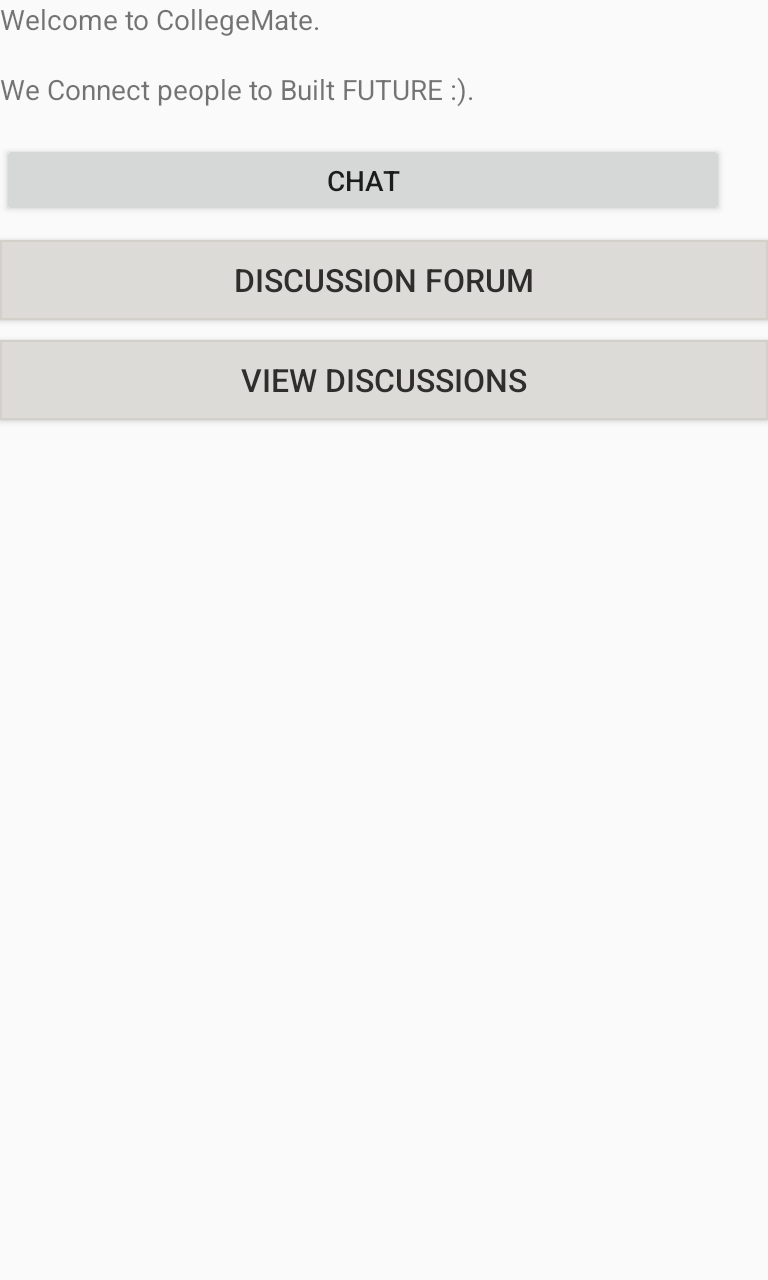
Repository: Prasannakumarb/CollegeMate
Layout: CollegeMate/CollegeMate/res/layout/activity_basic_home_screen.xml
The author's editor kept a copy of each file at every save. The layout is drawn from the files as they stood at one save, then again after the next save.
It is drawn on a 768 x 1280 px phone screen (xhdpi) without system bars, with theme AppTheme; the app's code is not run. The app's manifest (not shown) leaves right-to-left support off. So textAlignment, textDirection and layoutDirection are ignored, and left and right values win over start and end ones.

Above is the layout before, as saved 2014-06-28 17:57:19.

### CollegeMate/CollegeMate/res/layout/activity_basic_home_screen.xml
<FrameLayout xmlns:android="http://schemas.android.com/apk/res/android"
    xmlns:tools="http://schemas.android.com/tools"
    android:id="@+id/container"
    android:layout_width="match_parent"
    android:layout_height="match_parent"
    tools:context="com.fyshadows.collegemate.BasicHomeScreen"
    tools:ignore="MergeRootFrame">


     <LinearLayout
        android:layout_width="match_parent"
        android:layout_height="match_parent"
        android:orientation="vertical">
         <TextView
                android:id="@+id/Name"
                android:layout_width="match_parent"
                android:layout_height="35dp"
                android:text="@string/Welcomemsg" />

         <TextView
             android:id="@+id/Name1"
             android:layout_width="match_parent"
             android:layout_height="35dp"
             android:text="@string/quote" />

          <Button
        android:id="@+id/Chatwin"
        android:layout_width="match_parent"
        android:layout_height="40dp"
        android:layout_marginRight="21dp"
        android:text="@string/Chattext"
        android:onClick="Chatwindow"
        />

           <Button
        android:id="@+id/discussion"
        android:layout_width="match_parent"
        android:layout_height="40dp"
        android:layout_alignLeft="@+id/admin"
        android:layout_alignRight="@+id/admin"
        android:layout_below="@+id/student"
        android:layout_marginTop="10dp"
        android:background="@drawable/buttonbg"
        android:onClick="discussion_forum_view"
        android:text="@string/disc_forum"
        android:textColor="@color/defaultTextColor"
        android:textSize="16sp" />

    <Button
        android:id="@+id/viewdiscussions"
        android:layout_width="match_parent"
        android:layout_height="40dp"
        android:layout_alignLeft="@+id/admin"
        android:layout_alignRight="@+id/admin"
        android:layout_below="@+id/discussion"
        android:layout_marginTop="10dp"
        android:background="@drawable/buttonbg"
        android:onClick="discussion_forum_list"
        android:text="@string/disc_forum_view"
        android:textColor="@color/defaultTextColor"
        android:textSize="16sp" />

     </LinearLayout>
 </FrameLayout>

### CollegeMate/CollegeMate/res/values/strings.xml
<?xml version="1.0" encoding="utf-8"?>
<resources>

    <!-- App settings -->
    <string name="app_name">CollegeMate</string>
    <string name="action_settings">Settings</string>
    <string name="not_name">CollegeMate</string>

    <!-- Identification Screen -->
    <string name="Identify">Tell us your Role!</string>
    <string name="admin">ADMIN</string>
    <string name="student">STUDENT</string>

    <!-- Title -->
    <string name="Homescreen">Home</string>
    <string name="Friendlist">My Friends</string>

    <!-- Registration Screen -->
    <string name="title_activity_registration_admin">RegistrationAdmin</string>
    <string name="name">NAME</string>
    <string name="email">EMAIL</string>
    <string name="sex">SEX</string>
    <string name="dob">DOB</string>
    <string name="phone">Phone Number</string>
    <string name="Registeradmin">Continue to college details</string>
    <string name="selectPic">Select Picture</string>
    <string name="Browse">Browse</string>
    <string name="male">Male</string>
    <string name="female">Female</string>
    <string name="cityin">City In</string>

    <color name="BG">#F0EEEA</color>
    <color name="darkgrey">#C0C0C0</color>
    <color name="TopStrip">#9a4e20</color>
    <color name="acBarColor">#c1beb9</color>
    <color name="TopStripTextColor">#FFFFFF</color>
    <color name="TopStripborder">#4d4747</color>
    <color name="defaultTextColor">#302e2c</color>
    <color name="defaultButtonColor">#dddbd7</color>
    <color name="likeTextColor">#00CCFF</color>
    <color name="nonlikeTextColor">#908484</color>

    <!-- college Registration -->
    <string name="title_activity_admin_collegeregistraton">AdminCollegeregistraton</string>
    <string name="collname">College Name</string>
    <string name="collcity">College City</string>
    <string name="collegephonenumber">College Phone number</string>
    <string name="collegeemailid">College Email ID</string>
    <string name="collegewebsite">College Website</string>
    <string name="selectLogo">Select Logo</string>
    <string name="Registercollege">Register college</string>
    <string name="title_activity_admin_home">Admin Home</string>
    <string name="imagedesc">Profile Pic</string>
    <string name="drawer_open">Open</string>
    <string name="drawer_close">Close</string>
    <string name="title_activity_admin_home_screen">Admin_home_screen</string>
    <string name="hello_world">Hello world!</string>

    <!-- GCM -->

    <string name="menu_settings">Settings</string>
    <string name="title_activity_main">Push Notifications</string>
    <string name="error_config">Please set the %1$s constant and recompile the app.</string>
    <string name="already_registered">Device is already registered on server.</string>
    <string name="gcm_registered">From GCM: device successfully registered!</string>
    <string name="gcm_unregistered">From GCM: device successfully unregistered!</string>
    <string name="gcm_message">From GCM: you got message!</string>
    <string name="gcm_error">From GCM: error (%1$s).</string>
    <string name="gcm_recoverable_error">From GCM: recoverable error (%1$s).</string>
    <string name="gcm_deleted">From GCM: server deleted %1$d pending messages!</string>
    <string name="server_registering">Trying (attempt %1$d/%2$d) to register device on Demo Server.</string>
    <string name="server_registered">From Demo Server: successfully added device!</string>
    <string name="server_unregistered">From Demo Server: successfully removed device!</string>
    <string name="server_register_error">Could not register device on Demo Server after %1$d attempts.</string>
    <string name="server_unregister_error">Could not unregister device on Demo Server (%1$s).</string>
    <string name="options_register">Register</string>
    <string name="options_unregister">Unregister</string>
    <string name="options_clear">Clear</string>
    <string name="options_exit">Exit</string>
    <string name="title_activity_chat">ChatActivity</string>

    <!-- Chat activity -->
    <string name="main_empty_list">There is no recent conversation, write new message to start one.</string>

    <color name="Mytextcolor">#FFD700</color>
    <color name="Histextcolor">#7CFC00</color>
    <color name="textcolor">#000000</color>
    <color name="textFieldColor">#000</color>
    <color name="textShadow">#FFF</color>
    <color name="listViewBg">#DADFEE</color>
    <color name="sendLightColor">#8897BF</color>
    <color name="sendMeduimColor">#5D6CA5</color>
    <color name="sendDarkColor">#515F9F</color>
    <color name="barDarkColor">#CECECE</color>
    <color name="barMeduimColor">#DFDEE0</color>
    <color name="barLightColor">#F2F2F2</color>

    <string name="title_activity_message">MessageActivity</string>
    <string name="title_activity_friend_list">FriendList</string>
    <string name="title_activity_basic_home_screen">BasicHomeScreen</string>
    <string name="Welcomemsg">Welcome to CollegeMate. </string>
    <string name="quote"> We Connect people to Built FUTURE :).</string>
    <string name="Chattext"> CHAT</string>
    <string name="title_activity_friend_listview">FriendListview</string>
    <string name="title_section1">Section 1</string>
    <string name="title_section2">Section 2</string>
    <string name="title_section3">Section 3</string>
    <string name="SearchFriend">Search Friends</string>
    <string name="title_activity_registration_student">RegistrationStudent</string>
    <string name="title_activity_student_collegeregistration">StudentCollegeregistration</string>

    <!-- Chat activity -->
    <string name="college">College</string>
    <string name="course">Course</string>
    <string name="dept">Department</string>
    <string name="yoj">Date Of Joining</string>

    <!-- Discussion forum strings -->

    <string name="disc_forum">Discussion forum</string>
    <string name="disc_forum_create">Create a new discussion</string>
    <string name="disc_forum_category">Category</string>
    <string name="disc_forum_title">Title</string>
    <string name="disc_forum_description">Description</string>
    <string name="disc_forum_post">Create</string>
    <string name="disc_forum_view">View Discussions</string>
    <string name="title_activity_discussion_forum_home">DiscussionForumHome</string>
    <string name="title_activity_list_forum_topics">ListForumTopics</string>
    <string name="title_activity_forum_full_view">ForumFullView</string>
    <string name="title_activity_swipe_screen">SwipeScreen</string>
    <string name="title_activity_forum_comments_view">ForumCommentsView</string>
    <string name="swipe_for_comments">&lt;&lt; Swipe left to view comments &gt;&gt;</string>

</resources>

### CollegeMate/CollegeMate/res/drawable-hdpi/buttonbg.xml
<?xml version="1.0" encoding="UTF-8"?>
<selector xmlns:android="http://schemas.android.com/apk/res/android">
    <item android:state_pressed="true" >
        <shape>
            <solid
                android:color="#d3d0ca" />
            <stroke
                android:width="1dp"
                android:color="#d3d0ca" />
        </shape>
    </item>
    <item>
        <shape>
            <solid
                android:color="#dddbd7" />
            <stroke
                android:width="1dp"
                android:color="#d3d0ca" />
        </shape>
    </item>
</selector>

Loaded but not shown: CollegeMate/CollegeMate/res/values/styles.xml (common file); CollegeMate/CollegeMate/res/values-v11/styles.xml (common file); CollegeMate/CollegeMate/res/values-v14/styles.xml (common file)

After the next save:
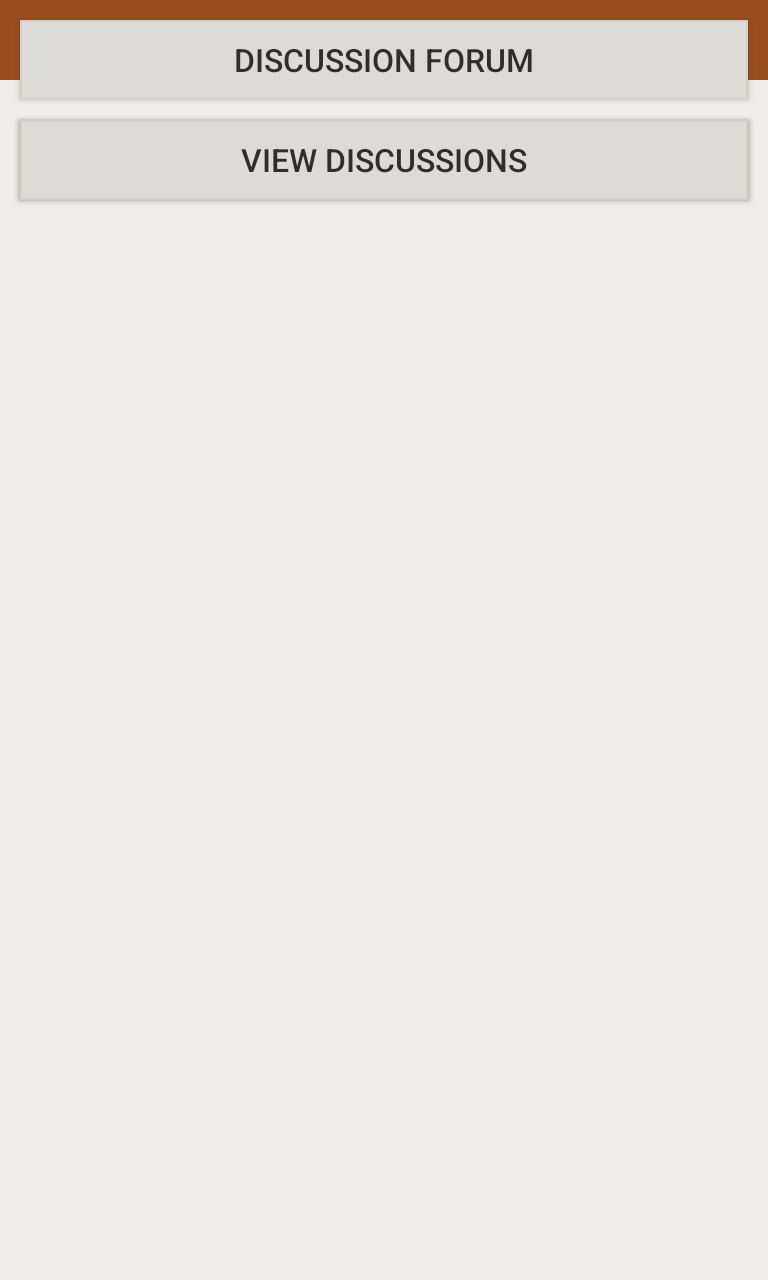
Saved 2 min 5 s later.
--- a/CollegeMate/CollegeMate/res/layout/activity_basic_home_screen.xml
+++ b/CollegeMate/CollegeMate/res/layout/activity_basic_home_screen.xml
@@ -1,38 +1,39 @@
-<FrameLayout xmlns:android="http://schemas.android.com/apk/res/android"
-    xmlns:tools="http://schemas.android.com/tools"
+<RelativeLayout xmlns:android="http://schemas.android.com/apk/res/android"
     android:id="@+id/container"
     android:layout_width="match_parent"
     android:layout_height="match_parent"
-    tools:context="com.fyshadows.collegemate.BasicHomeScreen"
-    tools:ignore="MergeRootFrame">
+    android:background="@color/BG" >
+
+    <TextView
+        android:id="@+id/textView1"
+        android:layout_width="match_parent"
+        android:layout_height="40dp"
+        android:background="@color/TopStrip"
+        android:paddingLeft="10dp"
+        android:paddingTop="10dp"
+        android:text="@string/Identify"
+        android:textColor="@color/TopStripTextColor"
+        android:textSize="16sp" />
+
+    <Button
+        android:id="@+id/admin"
+        android:layout_width="match_parent"
+        android:layout_height="40dp"
+        android:layout_alignParentLeft="true"
+        android:layout_below="@+id/textView1"
+        android:layout_marginLeft="10dp"
+        android:layout_marginRight="10dp"
+        android:layout_marginTop="20dp"
+        android:background="@drawable/buttonbg"
+        android:onClick="Chatwindow"
+        android:text="@string/Chattext"
+        android:textColor="@color/defaultTextColor"
+        android:textSize="16sp"
+        android:textAlignment="center" />
 
 
-     <LinearLayout
-        android:layout_width="match_parent"
-        android:layout_height="match_parent"
-        android:orientation="vertical">
-         <TextView
-                android:id="@+id/Name"
-                android:layout_width="match_parent"
-                android:layout_height="35dp"
-                android:text="@string/Welcomemsg" />
 
-         <TextView
-             android:id="@+id/Name1"
-             android:layout_width="match_parent"
-             android:layout_height="35dp"
-             android:text="@string/quote" />
-
-          <Button
-        android:id="@+id/Chatwin"
-        android:layout_width="match_parent"
-        android:layout_height="40dp"
-        android:layout_marginRight="21dp"
-        android:text="@string/Chattext"
-        android:onClick="Chatwindow"
-        />
-
-           <Button
+    <Button
         android:id="@+id/discussion"
         android:layout_width="match_parent"
         android:layout_height="40dp"
@@ -60,5 +61,4 @@
         android:textColor="@color/defaultTextColor"
         android:textSize="16sp" />
 
-     </LinearLayout>
- </FrameLayout>
+</RelativeLayout>
